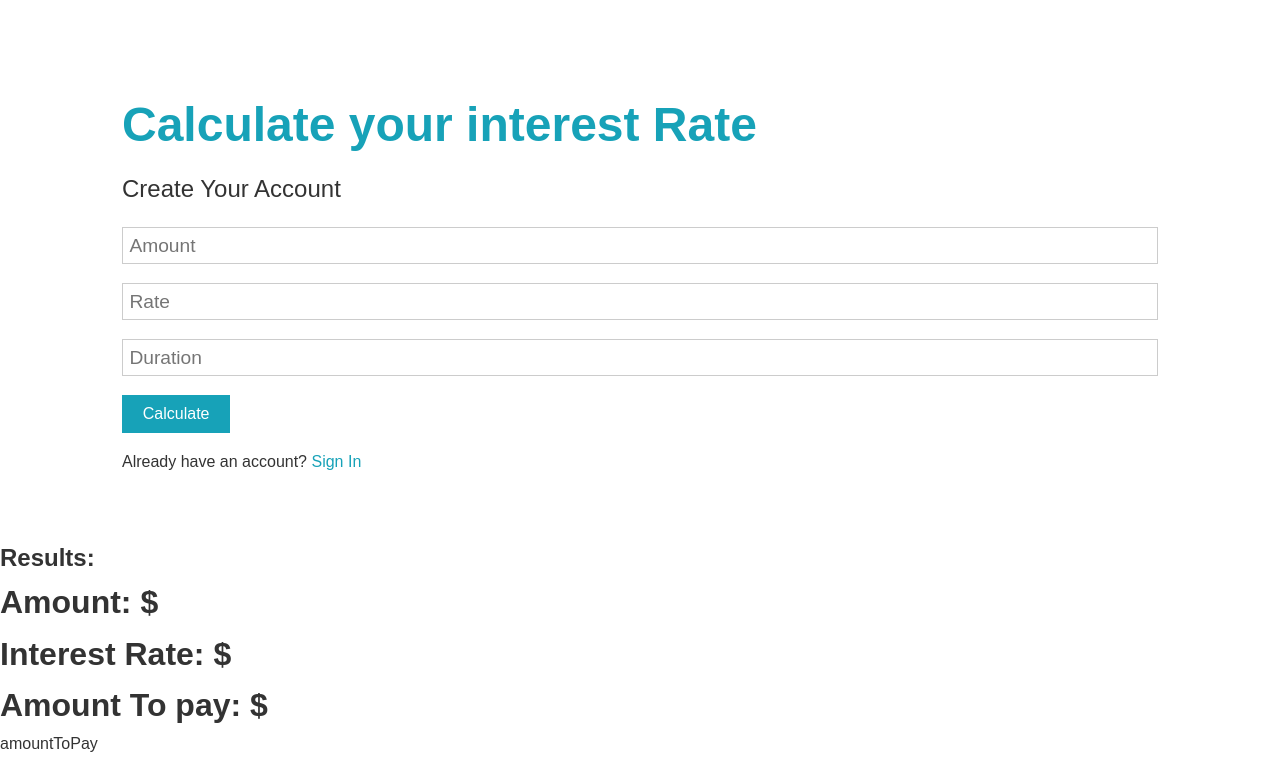
Repository: codding-ideas/loan-calculator
Page: / (app in client/)
An editor plug-in stored every save of this project. The page is shown before and after the next save, followed by the edit.
The browser window is 1280 px wide. The pictures show the whole page.
The project was rebuilt for these pictures with package versions that can differ from the ones it lists, and the page was loaded fresh each time.

Above is the page before, as saved 2019-07-08 21:45:29.

After the next save:
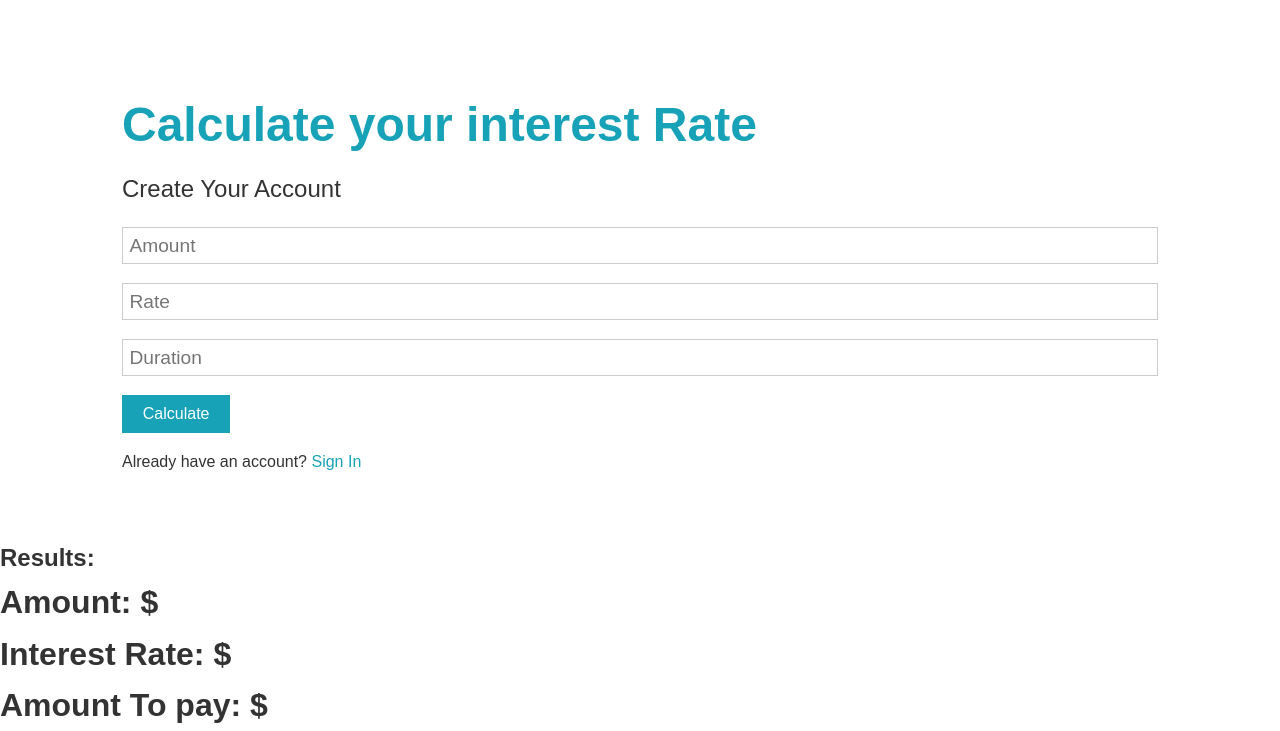
Saved 4 s later.
--- a/client/src/componets/Results.js
+++ b/client/src/componets/Results.js
@@ -9,8 +9,6 @@ const Results = (props) => {
             <h1>Amount: $ {props.loan.amount}</h1>
             <h1>Interest Rate: ${props.loan.interestRate}</h1>
             <h1>Amount To pay: ${props.loan. amountToPay}</h1>
-
-            amountToPay
         </div>
     )
 }
